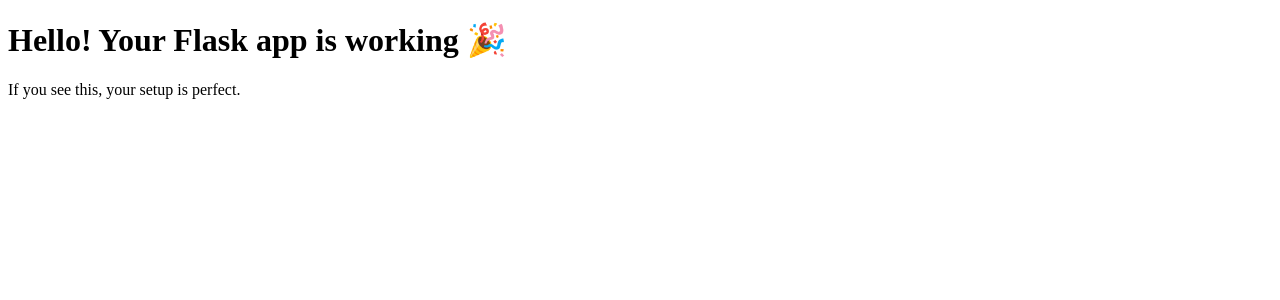
Repository: atchayasasikumar10/timetable-website
Page: http://localhost/
The author's editor kept a copy of each file at every save. The page is drawn from the files as they stood at one save, then again after the next save.
The browser window is 1280 px wide. The pictures show the whole page.
The page is served by the project's application, run on Flask 3 (main.py).

Above is the page before, as saved 2025-06-25 19:55:12.

### templates/index.html
<!DOCTYPE html>
<html>
  <head>
    <title>Test Page</title>
  </head>
  <body>
    <h1>Hello! Your Flask app is working 🎉</h1>
    <p>If you see this, your setup is perfect.</p>
  </body>
</html>

### main.py
from flask import Flask, render_template

app = Flask(__name__)

@app.route("/")
def home():
    return render_template("index.html")

@app.route("/pre")
def pre_home():
    return render_template("pre.html")  # ✅ Matches template filename

@app.route("/grade3")
def grade3_home():
    return render_template("grade3.html")  # ✅ Matches template filename

@app.route("/grade8")
def grade8_home():
    return render_template("grade8.html")  # ✅ Matches template filename

if __name__ == "__main__":
    app.run(host='0.0.0.0', debug=True)

After the next save:
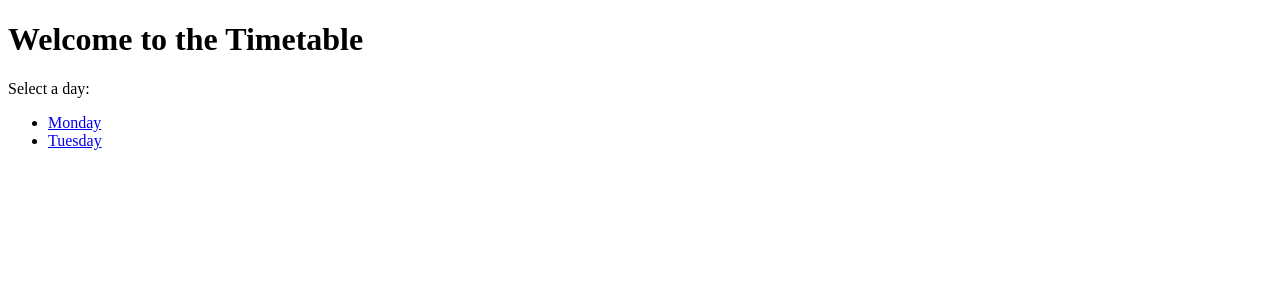
Saved 97 s later.
--- a/templates/index.html
+++ b/templates/index.html
@@ -1,10 +1,14 @@
 <!DOCTYPE html>
 <html>
-  <head>
-    <title>Test Page</title>
-  </head>
-  <body>
-    <h1>Hello! Your Flask app is working 🎉</h1>
-    <p>If you see this, your setup is perfect.</p>
-  </body>
+<head>
+    <title>Timetable Home</title>
+</head>
+<body>
+    <h1>Welcome to the Timetable</h1>
+    <p>Select a day:</p>
+    <ul>
+        <li><a href="/monday">Monday</a></li>
+        <li><a href="/tuesday">Tuesday</a></li>
+    </ul>
+</body>
 </html>
